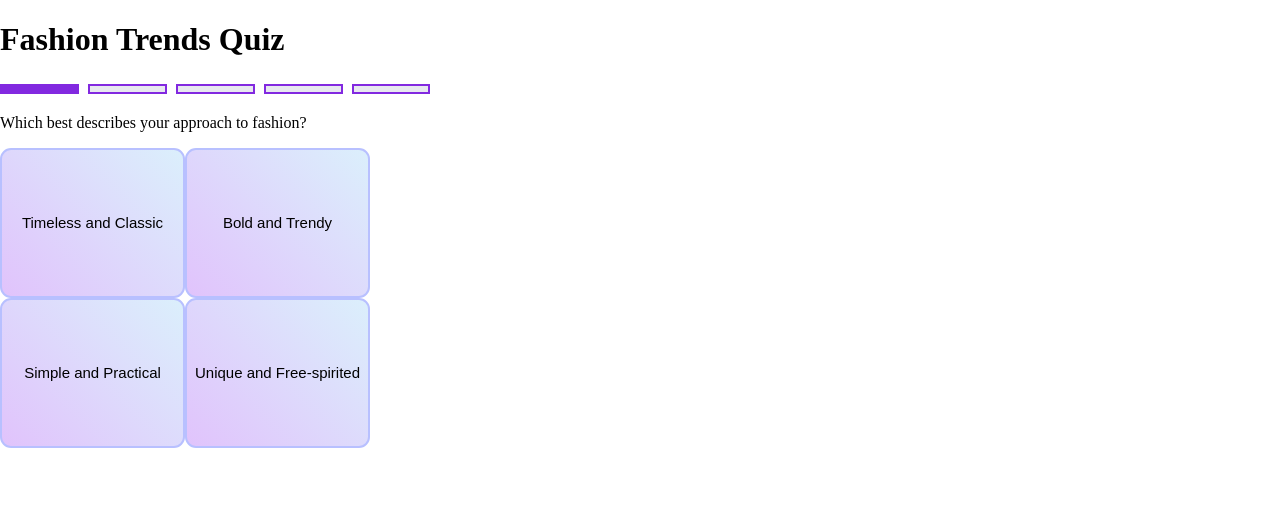
Repository: navnneett/clotho
Page: /QuizQuestions/QuestionOne
The author's editor kept a copy of each file at every save. The page is drawn from the files as they stood at one save, then again after the next save.
The browser window is 1280 px wide. The pictures show the whole page.
The project was rebuilt for these pictures with package versions that can differ from the ones it lists, and the page was loaded fresh each time. The framework's server and built-in components were replaced by stand-ins that run in the browser. Also part of the build but not shown: next.config.js, next.config.mjs, styles/QuestionTwo.module.css, components/Button/Button.module.css, components/Button/index.js, pages/QuizQuestions/QuestionTwo.js, styles/QuestionThree.module.css, pages/QuizQuestions/QuestionThree.js and 6 more.

Above is the page before, as saved 2024-04-06 19:57:33.

### pages/QuizQuestions/QuestionOne.js
import { useState } from "react";
import styles from "../../styles/QuestionOne.module.css";
import QuestionTwo from "./QuestionTwo";
import QuestionThree from "./QuestionThree";
import QuestionFour from "./QuestionFour";
import QuestionFive from "./QuestionFive";
import Button from "@/components/Button";
import ButtonTwo from "@/components/ButtonTwo";
import Image from "next/image";

export default function QuestionOne() {
    const [currentQuestion, setCurrentQuestion] = useState(1);
    const [selectedAnswers, setSelectedAnswers] = useState([]);
    const [quizCompleted, setQuizCompleted] = useState(false);

    const questionToAnswer = (answer) => {
        setSelectedAnswers([...selectedAnswers, answer]);
    };

    const handleNextQuestion = () => {
        if (currentQuestion < 5) {
            setCurrentQuestion(currentQuestion + 1);
        } else {
            setQuizCompleted(true);
        }
    };


    return (
        <>
            {currentQuestion === 1 && (
                <div className={styles.mainContainer}>
                    <h1>Fashion Trends Quiz</h1>
                    <Image
                        src="/images/quiz/Progress Indicator.png"
                        alt="Progress Indicator question 1"
                        width={430}
                        height={10}
                        className={styles.imageOne}
                    />
                    <div className={styles.contentContainer}>
                        <div className={styles.optionContainer}>
                            <p className={styles.openSansText}>Which best describes your approach to fashion?</p>
                            <div className={styles.optionRowOne}>
                                <ButtonTwo onClick={() => questionToAnswer('A')} title="Timeless and Classic" className={styles.optionRowInnerOne}/>
                                <ButtonTwo onClick={() => questionToAnswer('B')} title="Bold and Trendy" className={styles.optionRowInnerTwo}/>
                            </div>
                            <div className={styles.optionRowTwo}>
                                <ButtonTwo onClick={() => questionToAnswer('C')} title="Simple and Practical" className={styles.optionRowInnerThree}/>
                                <ButtonTwo onClick={() => questionToAnswer('D')} title="Unique and Free-spirited" className={styles.optionRowInnerFour}/>
                            </div>
                            <div className={styles.nextButtonContainer}>
                                {selectedAnswers.length > 0 && (
                                    <Button onClick={handleNextQuestion} title="Next" className={styles.nextButton} />
                                )}
                            </div>
                        </div>
                    </div>
                </div>
            )}

            {currentQuestion === 2 && (
                <QuestionTwo onNextQuestion={handleNextQuestion} />
            )}

            {currentQuestion === 3 && (
                <QuestionThree onNextQuestion={handleNextQuestion} />
            )}

            {currentQuestion === 4 && (
                <QuestionFour onNextQuestion={handleNextQuestion} />
            )}

            {currentQuestion === 5 && (
                <QuestionFive onNextQuestion={handleNextQuestion} />
            )}


        </>
    );
}

### styles/globals.css
:root {

    --transparency: rgba(0, 0, 0, 0);
    --gray: rgb(119, 119, 119);
    --red: rgb(201, 8, 8);

    --large: 21px;
    --medium: 18px;
    --small: 16px;
    --logo: 25px;

    --button-linear-light: 45deg, rgba(221, 184, 255, 0.8), rgba(214, 239, 255, 0.8);
    --button-outline-light: 2px solid #B8C0FF;
    --button-highlight-light: #8229E0;
    --black: black;
    --white: white;
    --light-gray: #B3B3B3;

    --chart-color-purple: #8884d8;
    --chart-color-blue: #83a6ed;
    --chart-color-cyan: #8dd1e1;
    --chart-color-bright-purple: #b399ff;
    --chart-color-light-purple: #b8c0ff;



    /* Text styles */
    --open-sans-text: 'Open Sans', sans-serif;
    --open-sans-weight: 500;
    --open-sans-size: 1.7rem;

    --roboto-slab-text: 'Roboto Slab', serif;
    --roboto-slab-weight: 600;
    --roboto-slab-size: 3rem;
}

html,
body {
    margin: 0;
    padding: 0;
}

### styles/QuestionOne.module.css
/* iPhone 14 Pro */
@media (max-width: 430px) {


    .mainContainer {
        height: 100vh;
        background-image: url('/images/quiz/Light Mode Low Opacity.png');
        background-size: cover;
        background-position: center;

    }

    .contentContainer {
        display: flex;
        flex-direction: column;
        align-items: center;
        justify-content: center;
        height: calc(100vh - 20px);
        padding-bottom: 20px;
    }

    .optionContainer {
        display: flex;
        flex-direction: column;
        align-items: center;
        justify-content: center;
        height: 100vh;


    }

    .nextButtonContainer {
        position: fixed;
        bottom: calc(100vh - 820px);
        left: 101px;

    }

    .imageOne {
        padding-top: 30px;
    }

    .openSansText {
        font-family: var(--open-sans-text);
        font-weight: var(--open-sans-weight);
        font-size: var(--open-sans-size);
        padding: 40px 10px;
        margin: 30px 20px;
        text-align: center;
    }

    .optionRowOne {
        display: flex;
        margin-bottom: 20px;
        margin-left: 20px;
        margin-right: 20px;
    }

    .optionRowTwo {
        display: flex;
        justify-content: center;
        margin-bottom: 30px;
        margin-left: 20px;
        margin-right: 20px;
    }

    .optionRowInnerOne {
        margin-right: 15px;
    }

    .optionRowInnerTwo {
        margin-left: 15px;

    }
}

### components/ButtonTwo/index.js
import styles from './ButtonTwo.module.css'

export default function Button({
    title = "test",
    onClick = () => {}
}) {
    return (
        <button className={styles.button} onClick={onClick}>
            {title}
        </button>
    )
}

### components/ButtonTwo/ButtonTwo.module.css
.button {
    padding: 12px 0;
    width: 185px;
    height: 150px;
    font-size: 15px;
    background-image: linear-gradient(var(--button-linear-light));
    color: var(--black);
    border: none;
    border-radius: 11px;
    cursor: pointer;
    border: var(--button-outline-light);
}

.button:hover {
    background-color: var(--button-highlight-light);
    background-image: none;
    color: var(--white);
}

Loaded but not shown: pages/_app.js (common file); pages/_document.js (common file)

After the next save:
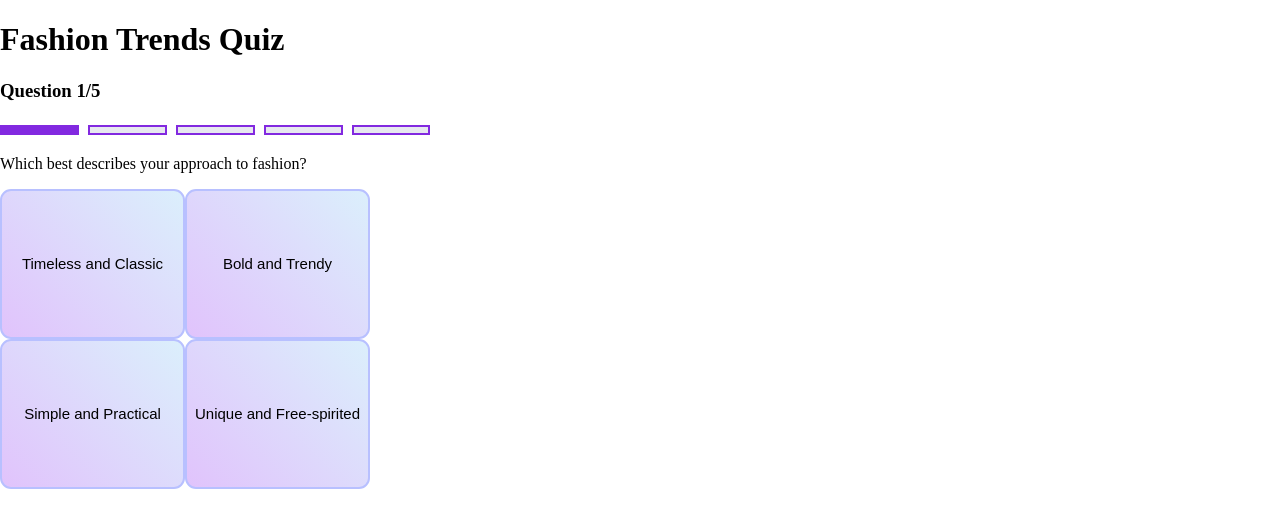
Saved 48 s later.
--- a/pages/QuizQuestions/QuestionOne.js
+++ b/pages/QuizQuestions/QuestionOne.js
@@ -31,6 +31,7 @@ export default function QuestionOne() {
             {currentQuestion === 1 && (
                 <div className={styles.mainContainer}>
                     <h1>Fashion Trends Quiz</h1>
+                    <h3>Question 1/5</h3>
                     <Image
                         src="/images/quiz/Progress Indicator.png"
                         alt="Progress Indicator question 1"
